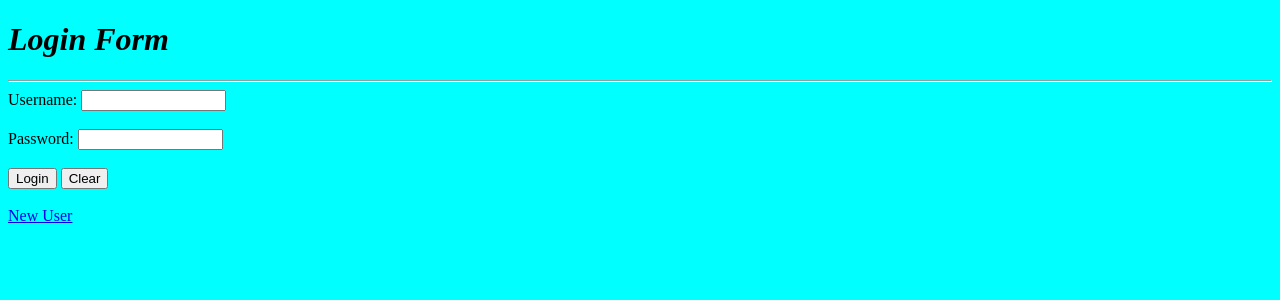
Repository: kevankay/Day10
Page: LoginApp/WebContent/LogIn.html
These files come from the project's save history. The page is drawn as it stood at one moment and after the next save; the edit follows.
The browser window is 1280 px wide. The pictures show the whole page.

Above is the page before, as saved 2018-09-05 11:52:57.

After the next save:
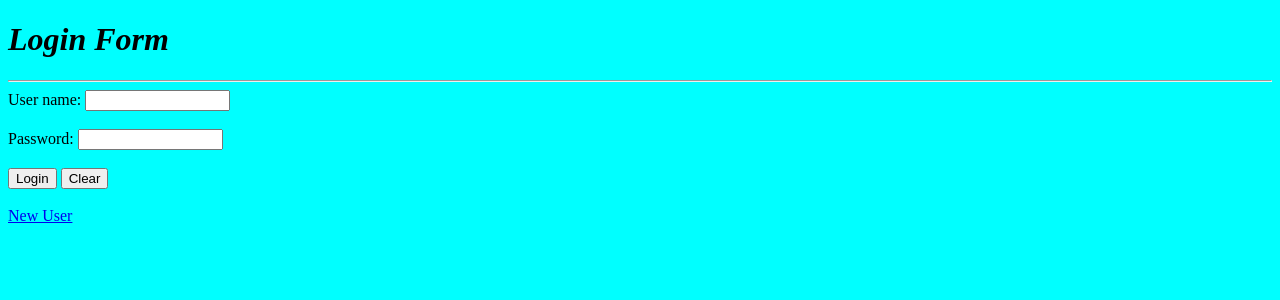
Saved 6 min 7 s later.
--- a/LoginApp/WebContent/LogIn.html
+++ b/LoginApp/WebContent/LogIn.html
@@ -8,7 +8,7 @@
 <h1><i>Login Form</i></h1>
 <hr>
 <form action="login" method="post">
-     <label>Username: </label>
+     <label>User name: </label>
      <input type="text" name="username" size="15"/>
      <br><br>
      <label>Password: </label>
